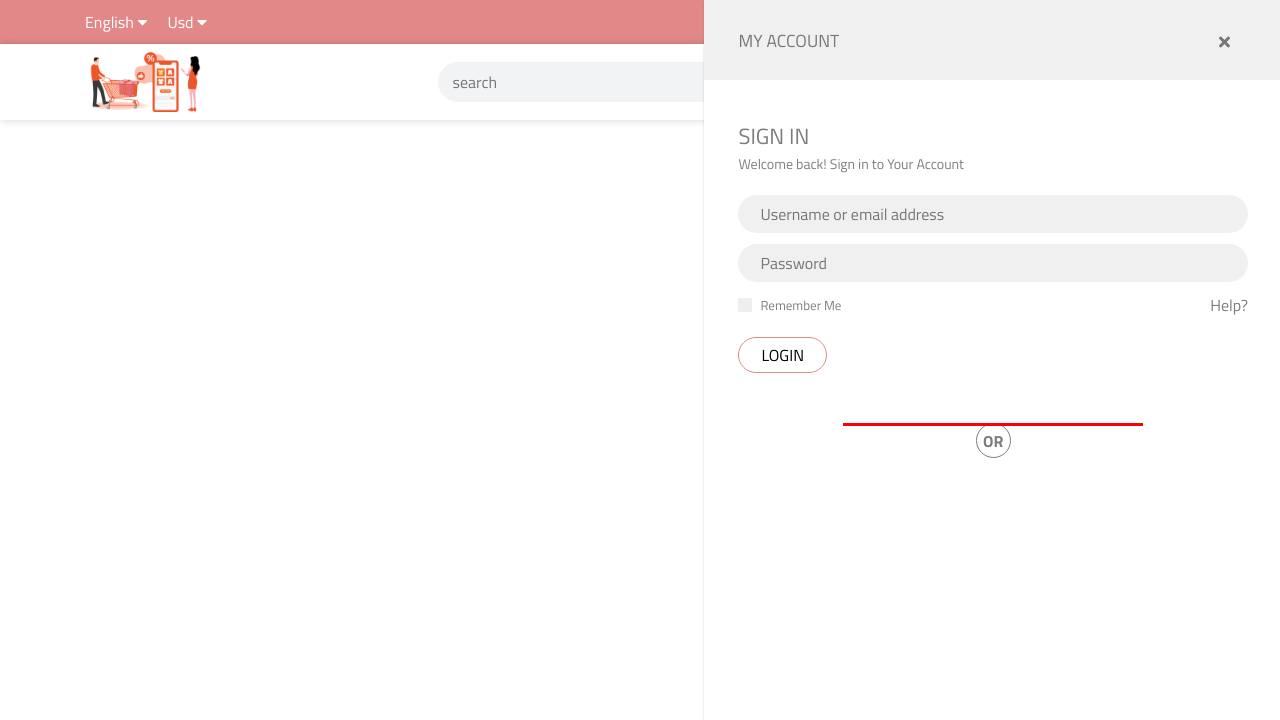
Repository: amrh20/ecommerce-temp
Page: src/index.html
The author's editor kept a copy of each file at every save. The page is drawn from the files as they stood at one save, then again after the next save.
The browser window is 1280 px wide. The pictures show the whole page.
The style sheet was rebuilt from its Sass, Less or Tailwind sources for each picture, by a compiler version that may differ from the author's.

Above is the page before, as saved 2020-01-19 14:59:44.

After the next save:
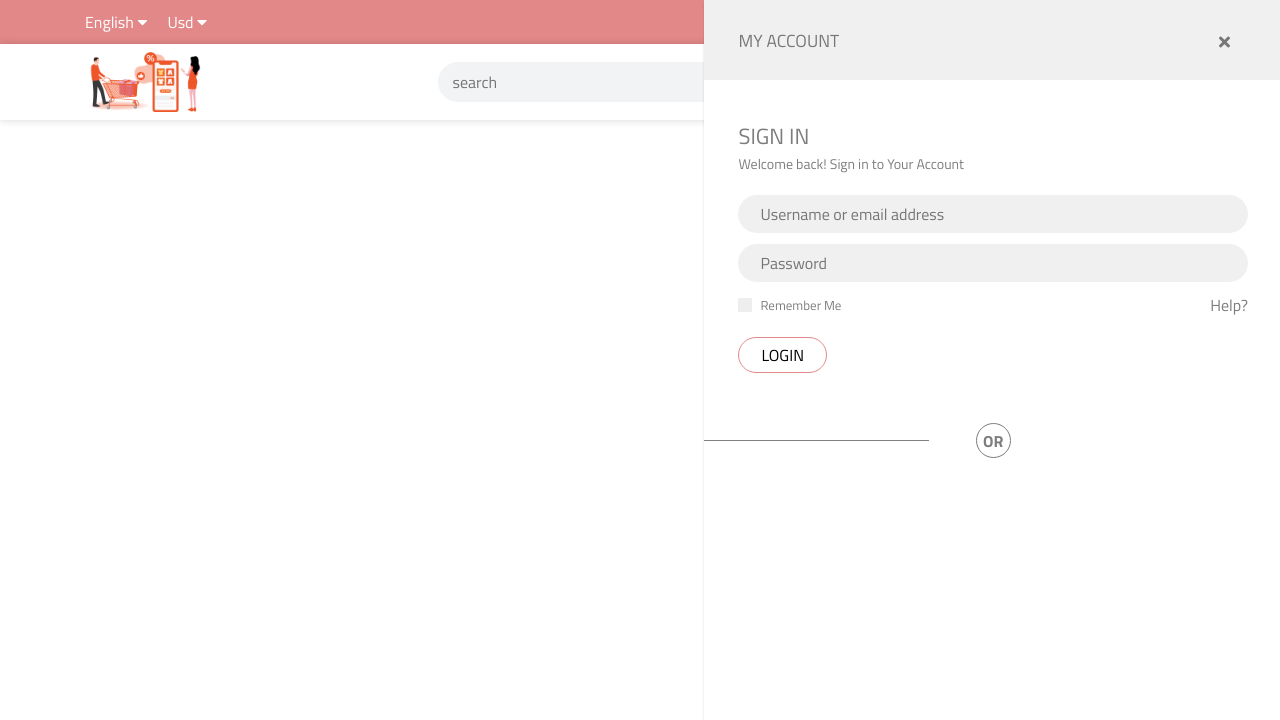
Saved 96 s later.
--- a/src/styles/header.scss
+++ b/src/styles/header.scss
@@ -513,10 +513,12 @@
   }
   &::after {
     content: "";
-    height: 3px;
-    width: 300px;
+    height: 1px;
+    top: 17px;
+    left: -34px;
+    width: 225px;
     position: absolute;
-    background-color: red;
+    background-color: #808080;
   }
 }
 
